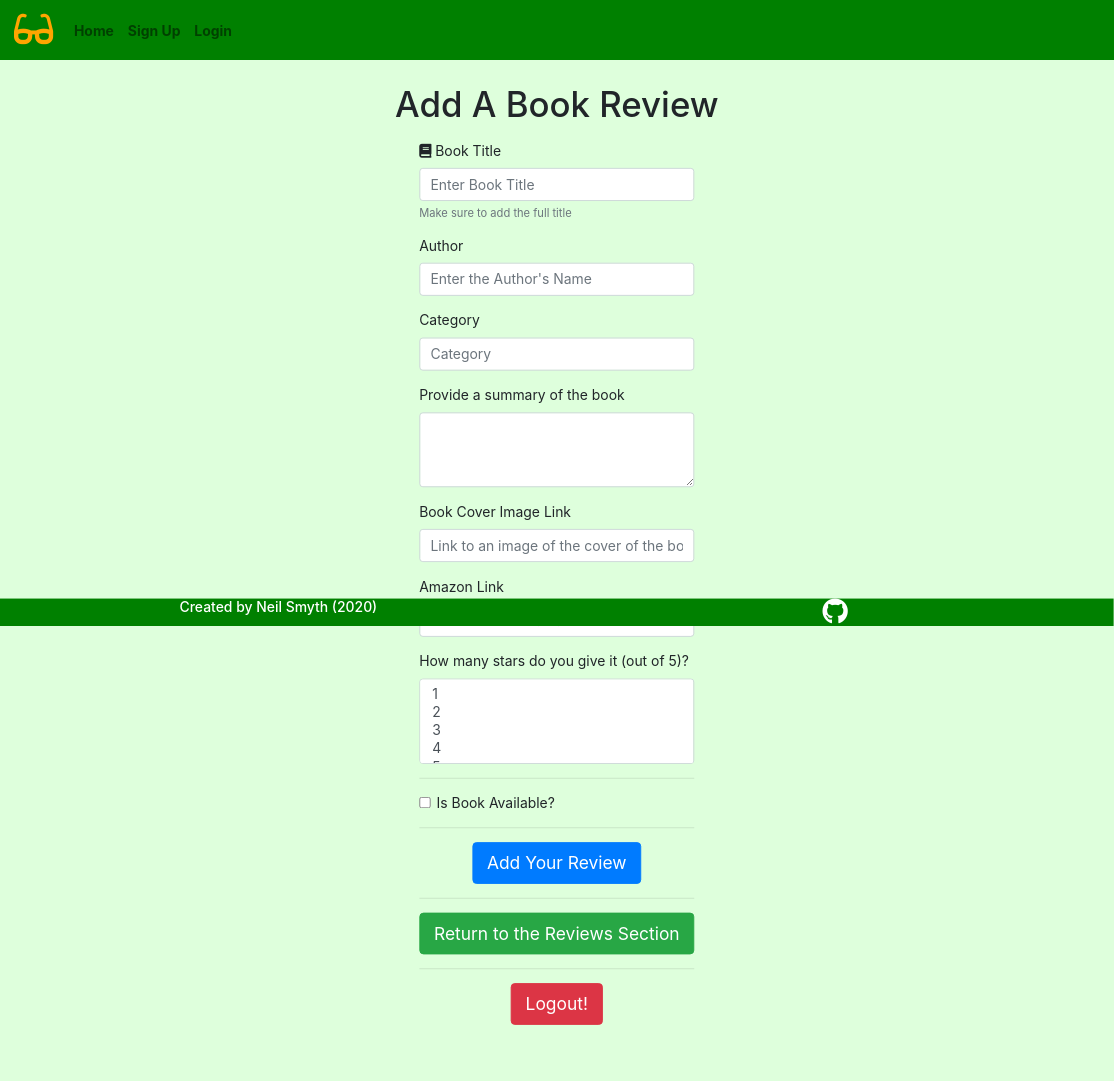
Repository: NeiloErnesto89/Data_Centric_Dev_Milestone_Project3
Page: templates/adapt_review.html
The author's editor kept a record of every edit. The page is drawn from the files as they stood at one moment, then again after the next edit.
The browser window is 1280 px wide. The pictures show the whole page, at 87% of full size.
Some web libraries are served in a nearby version. The template is drawn by Flask 3. The application's start-up code is not run. Other server files are loaded and not shown. The template is opened directly, without the code that normally fills it, so the values that code supplies are empty.

Above is the page before.

### templates/adapt_review.html
<!DOCTYPE html>
<html>

<head>
</head>

<body>
    {% extends 'base.html' %} {% block content %}
    <div class="container-fluid">
        <div class="row justify-content-center">

            <div class="col-md-12 text-center">
                <h1 class="add_header mt-3 mb-3">Add A Book Review</h1>
            </div>

            <form action={{ url_for('/edit_review', book_id=book._id) }} method="POST">

                <div class="form-group">
                    <i class="fas fa-book"></i>
                    <label for="inputBookTitle">Book Title</label>
                    <input id="book_title" name="book_title" type="text" class="form-control" aria-describedby="bookTitle" placeholder="Enter Book Title">
                    <small id="emailHelp" class="form-text text-muted">Make sure to add the full title </small>
                </div>

                <div class="form-group">
                    <label for="inputAuthor">Author</label>
                    <input id="book_author" name="book_author" type="text" class="form-control" aria-describedby="bookTitle" placeholder="Enter the Author's Name">
                </div>

                <div class="form-group">
                    <label for="InputCategory">Category</label>
                    <input id="category_name" name="category_name" type="text" class="form-control" placeholder="Category">
                </div>

                <div class="form-group">
                    <label for="Textarea">Provide a summary of the book</label>
                    <textarea id="summary" name="summary" class="form-control" rows="3"></textarea>
                </div>

                <div class="form-group">
                    <label for="pic">Book Cover Image Link</label>
                    <input id="pic" name="pic" type="text" class="form-control" placeholder="Link to an image of the cover of the book">
                </div>

                <div class="form-group">
                    <label for="amazon">Amazon Link</label>
                    <input id="amazon" name="amazon" type="text" class="form-control" placeholder="Link to book on amazon">
                </div>

                <div class="form-group">
                    <label for="exampleFormControlSelect2">How many stars do you give it (out of 5)?</label>
                    <select multiple class="form-control" id="stars" name="stars">
                      <option>1</option>
                      <option>2</option>
                      <option>3</option>
                      <option>4</option>
                      <option>5</option>
                    </select>
                </div>


                <hr>
                <div class="form-check">
                    <input id="is_available" name="is_available" type="checkbox" class="form-check-input">
                    <label class="form-check-label" for="exampleCheck1">Is Book Available?</label>
                </div>

                <hr>

                <div class="text-center">
                    <button type="submit" class="btn btn-primary btn-lg">Add Your Review</button>
                </div>
                <hr>
                <div class="text-center">
                    <a class="btn btn-success btn-lg" href="{{ url_for('all_reviews') }}" role="button">Return to the Reviews Section </a>
                </div>
                <hr>
                <div class="text-center">
                    <a class="btn btn-danger btn-lg mb-3" href="{{ url_for('logout') }}" role="button">Logout! </a>
                </div>

            </form>

        </div>
    </div>
    {% endblock %}
</body>

</html>

### templates/base.html
<!DOCTYPE html>
<html lang="en">

<head>
    <meta charset="UTF-8">
    <meta name="viewport" content="width=device-width, initial-scale=1.0">
    <meta http-equiv="X-UA-Compatible" content="ie=edge">

    <title>Book Reviews</title>

    <!-- Bootstrap -->
    <link rel="stylesheet" href="https://stackpath.bootstrapcdn.com/bootstrap/4.3.1/css/bootstrap.min.css" integrity="sha384-ggOyR0iXCbMQv3Xipma34MD+dH/1fQ784/j6cY/iJTQUOhcWr7x9JvoRxT2MZw1T" crossorigin="anonymous">

    <!-- Google Font-->

    <link href="https://fonts.googleapis.com/css?family=Montserrat:400,700" rel="stylesheet">

    <!-- Font Awesome-->

    <link rel="stylesheet" href="https://use.fontawesome.com/releases/v5.7.2/css/all.css" integrity="sha384-fnmOCqbTlWIlj8LyTjo7mOUStjsKC4pOpQbqyi7RrhN7udi9RwhKkMHpvLbHG9Sr" crossorigin="anonymous">

    <link rel="stylesheet" href="https://cdnjs.cloudflare.com/ajax/libs/font-awesome/4.7.0/css/font-awesome.min.css">

    <!-- CSS -->

    <link rel="stylesheet" href="{{url_for('static', filename='css/style.css')}}" type="text/css" />


</head>

<body>

<div class="cover-container d-flex mx-auto flex-column">

            <!--NavBar with Burger Icon-->

        <header class="nav-container">
            <nav class="navbar navbar-expand-lg navbar-light mb-1 text-center fixed-top">
                <a class="navbar-brand" data-target="#modalPopUp" data-toggle="modal"><i class="fas fa-glasses" style="font-size:40px;color:orange;"></i></a>
                <button class="navbar-toggler" type="button" data-toggle="collapse" data-target="#navbarTogglerDemo02" aria-controls="navbarTogglerDemo02" aria-expanded="false" aria-label="Toggle navigation">
                                <span class="navbar-toggler-icon"></span>
                              </button>
                <div class="collapse navbar-collapse" id="navbarTogglerDemo02">
                    <ul class="navbar-nav mr-auto mt-0 mt-lg-0">

                        <li class="nav-item">
                            <a class="nav-link" href="{{ url_for('index') }}"><b>Home</b></a>
                        </li>
                        <li class="nav-item">
                            <a class="nav-link" href="{{ url_for('signup') }}"><b>Sign Up</b></a>
                        </li>
                        <li class="nav-item">
                            <a class="nav-link" href="{{ url_for('login') }}"><b>Login</b></a>
                        </li>



                    </ul>
                </div>
            </nav>
        </header>

        <hr>

    <div class="container mt-5 mb-3">
            {% block content %}
            {% endblock %}
    </div>

    <hr>

        <!--FOOTER -->

        <div class="footer container-fluid">
            <div class="row justify-content-center">
                <div class="text-center col-xs-12 col-sm-6">

                    <h6>Created by Neil Smyth (2020)</h6>

                </div>
                <div class="text-center col-xs-12 col-sm-6">

                    <a href="https://github.com/NeiloErnesto89" target="_blank "><i class="fab fa-github" style="font-size:30px; color:white; "></i></a>

                </div>
            </div>
        </div> <!-- footer container-->

</div>    <!--Cover Container -->

    <!-- JQuery -->
    <script src="https://cdnjs.cloudflare.com/ajax/libs/jquery/3.2.1/jquery.min.js"></script>

    <!-- Bootstrap JS-->

    <script src="https://code.jquery.com/jquery-3.3.1.slim.min.js" integrity="sha384-q8i/X+965DzO0rT7abK41JStQIAqVgRVzpbzo5smXKp4YfRvH+8abtTE1Pi6jizo" crossorigin="anonymous"></script>
    <script src="https://cdnjs.cloudflare.com/ajax/libs/popper.js/1.14.7/umd/popper.min.js" integrity="sha384-UO2eT0CpHqdSJQ6hJty5KVphtPhzWj9WO1clHTMGa3JDZwrnQq4sF86dIHNDz0W1" crossorigin="anonymous"></script>
    <script src="https://stackpath.bootstrapcdn.com/bootstrap/4.3.1/js/bootstrap.min.js" integrity="sha384-JjSmVgyd0p3pXB1rRibZUAYoIIy6OrQ6VrjIEaFf/nJGzIxFDsf4x0xIM+B07jRM" crossorigin="anonymous"></script>

    <!-- JS File -->

    <script src="{{url_for('static', filename='js/script.js')}}"></script>


    <!--  <script type="text/javascript">
        $(document).ready(function() {
            $('.collapsible').collapsible();
        });
    </script>  -->
</body>

</html>

### static/css/style.css
body {
  background-color: #DEFFDC;
  display: flex;
 /* margin: 0; */
}

/*.cover-container {
  min-height: 100vh;
  padding-top: 70px;
  background-size: cover;
  align-items: center;
  justify-content: center;
  position: relative;
  overflow-x: hidden;
*/
  /*.nav-container {
    position: fixed;
    width: 100%;
    z-index: 1;
    top: 0;
    left: 0;
    padding-left: 0;
    padding-right: 0;
    margin-left: 0;
    margin-right: 0;
  } */

  .navbar {
    background-color: green;
  }

  .jumbotron {
    background-color: #ffa31a;
    margin-right: 3rem;
    margin-left: 3rem;
  }

  /* Paginate Button on All Reviews.html (taken from w3 schools*/
  .paginate {
    display: inline-block;
  }

  .paginate a {
    color: black;
    float: left;
    padding: 8px 16px;
    text-decoration: none;
    margin: 15px;
  }

  .paginate a.active {
    background-color: #4CAF50;
    color: white;
    border-radius: 5px;
  }

  .paginate a:hover:not(.active) {
    background-color: #ddd;
    border-radius: 5px;
  }

  /* all_reviews.html - book review cards*/
  .card {
    margin: 5px;
    border: 8px solid rgb(5, 187, 5);
    border-radius: 3rem;
  }

  /* Card Image */
  /*
  .card-img-top {
    width: 100%;
    height: 15vw;
    object-fit: cover;
}
  */

  /* MODAL */

  .modal {
    color: black;
    background-color: rgb(204, 255, 204, 0.8);
}

.modal-header {

    background-color: rgb(204, 255, 204);
    opacity: 0.8;

}

.modal-title {
    font-size: 34px;
    font-weight: bold;
    text-align: center;
    margin-left: 45px;
    padding: 5px;
    text-decoration: underline;
}


.modal-body {
    font-size: 15px;
    font-weight: bold;
    color: white;
    background-color: rgb(0, 153, 51);
    opacity: 0.8;
    text-align: center;
}

.modal-footer {
    background-color: rgb(204, 255, 204);
    opacity: 0.8;
}

.modal-header .close {
    margin: -10px;
}


  .footer {
    position: fixed;
    left: 0;
    bottom: 0;
    width: 100%;
    background-color: green;
    color: white;
    text-align: center;
  }

### static/js/script.js
/*$(document).ready(function() {

    $('#popUpModal').modal('show');
}); */

$(function () {
  $('[data-toggle="tooltip"]').tooltip()
})

After the next edit:
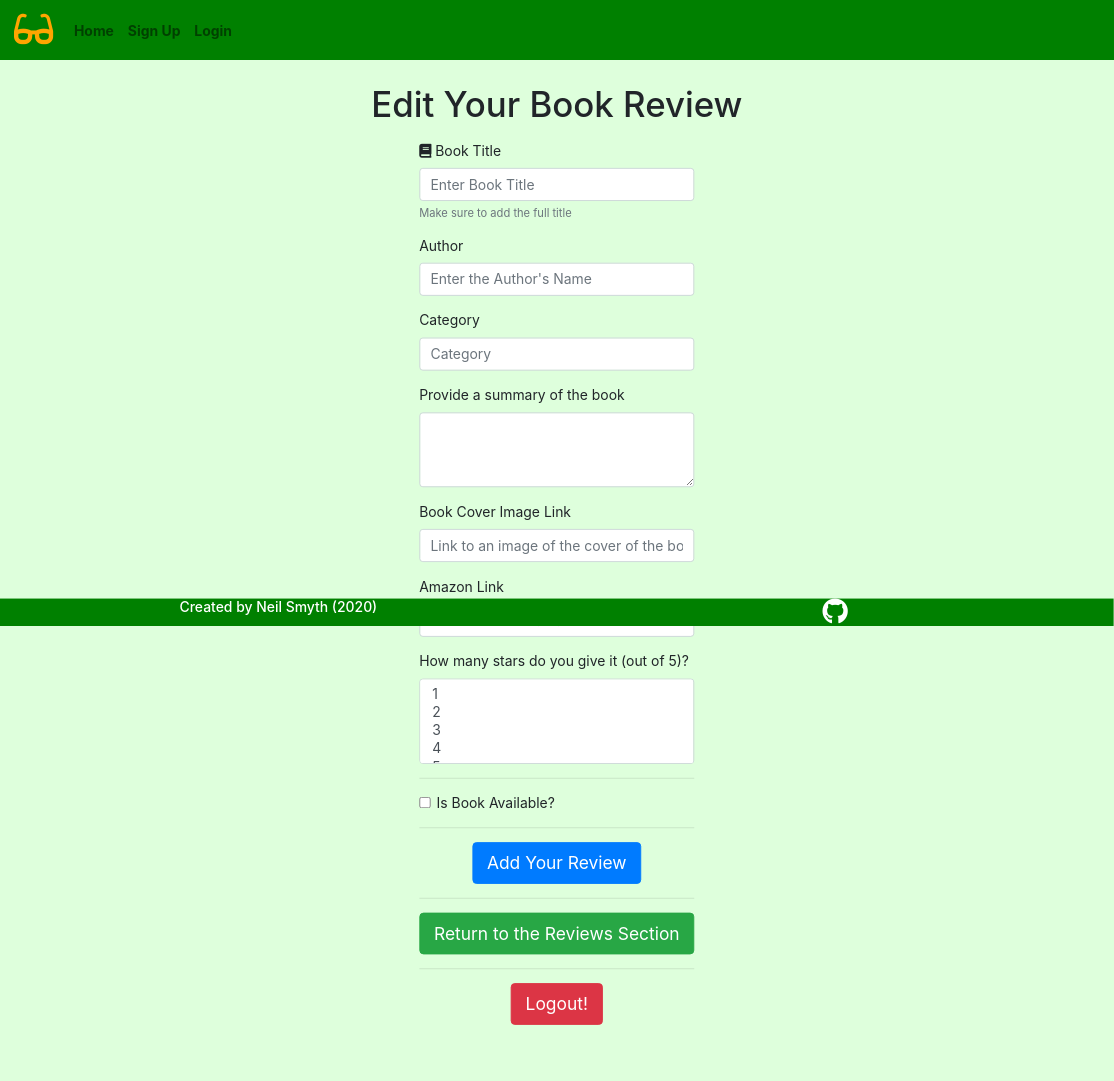
The edit:
--- a/templates/adapt_review.html
+++ b/templates/adapt_review.html
@@ -10,7 +10,7 @@
         <div class="row justify-content-center">
 
             <div class="col-md-12 text-center">
-                <h1 class="add_header mt-3 mb-3">Add A Book Review</h1>
+                <h1 class="add_header mt-3 mb-3">Edit Your Book Review</h1>
             </div>
 
             <form action={{ url_for('/edit_review', book_id=book._id) }} method="POST">
